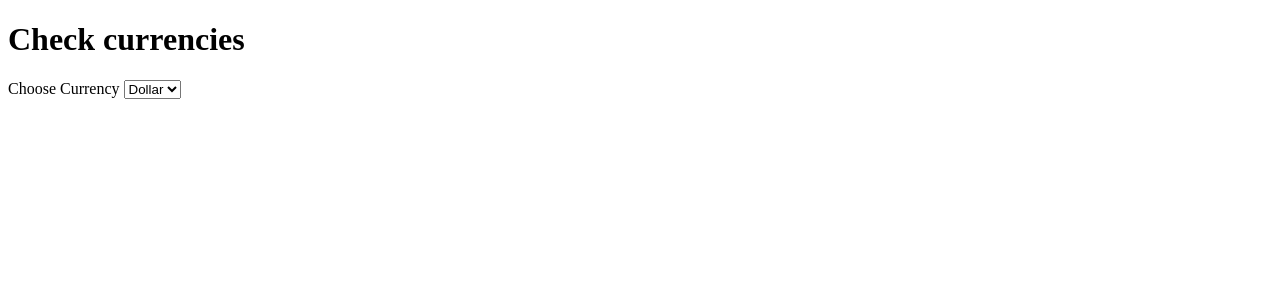
Repository: BlazejBielski/currency_check
Page: index.html
An editor plug-in stored every save of this project. The page is shown before and after a run of saves, followed by the edit.
The browser window is 1280 px wide. The pictures show the whole page.

Above is the page before, as saved 2022-03-26 10:34:44.

### index.html
<!DOCTYPE html>
<html lang="en">
<head>
    <meta charset="UTF-8">
    <meta http-equiv="X-UA-Compatible" content="IE=edge">
    <meta name="viewport content="width=device-width,
    user-scalable=no, initial-scale=1.0, maximum-scale="1.0">
    <!-- <link rel="stylesheet" href="style.css"> -->
    <script src="src/scripts/app.js" async defer></script>
    <title>Currency Check App</title>
</head>
<body>

    <h1> Check currencies</h1>

    <form>
        <label for="currencyCode">Choose Currency</label>
        <select id="currencyCode">
            <option value="usd">Dollar</option>
            <option value="eur">Euro</option>
            <option value="rub">Ruble</option>

        </select>
        <button type="submit

    </form>
</body>
</html>

Loaded but not shown: src/scripts/app.js (no copy from this time; the picture is the same without it)

After the next 3 saves:
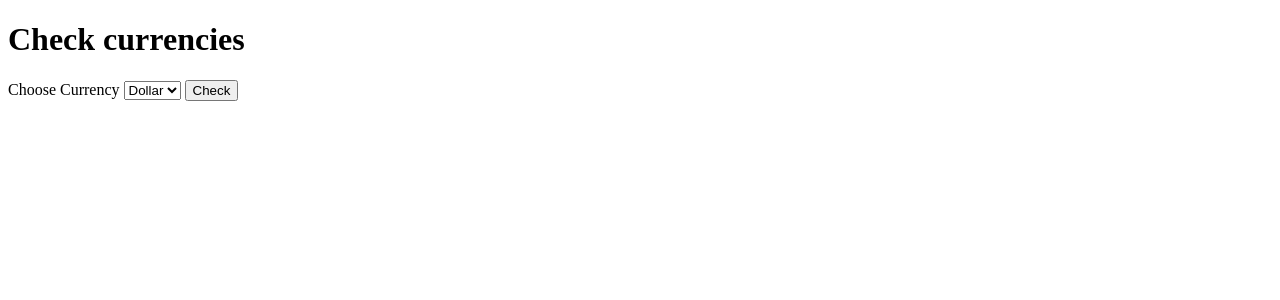
The 3 saves are shown as one change because they came seconds apart.
The last was saved 10 s later.
--- a/index.html
+++ b/index.html
@@ -21,7 +21,7 @@
             <option value="rub">Ruble</option>
 
         </select>
-        <button type="submit
+        <button type="submit">Check</button>
 
     </form>
 </body>
